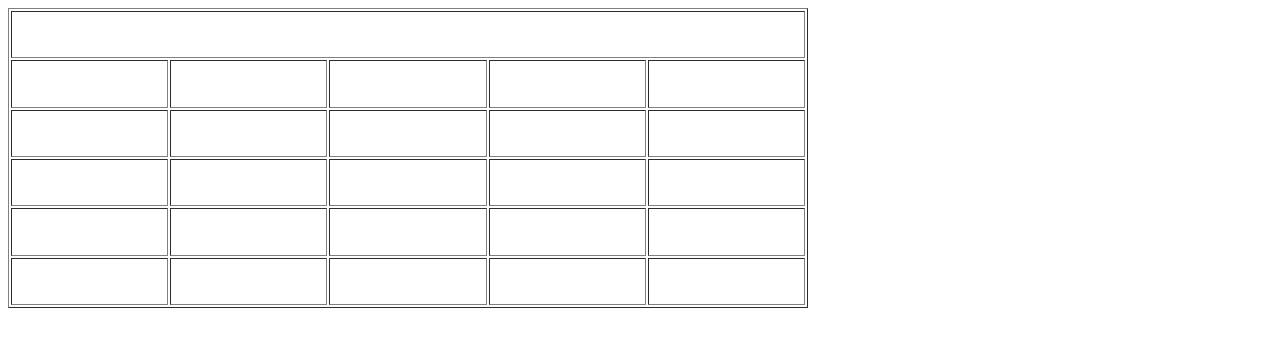
Repository: nijooymik/smartfactory
Page: jsp/t0718/src/main/webapp/html/img/tableex.html
An editor plug-in stored every save of this project. The page is shown before and after the next save, followed by the edit.
The browser window is 1280 px wide. The pictures show the whole page.

Above is the page before, as saved 2022-07-18 04:51:07.

### jsp/t0718/src/main/webapp/html/img/tableex.html
<!DOCTYPE html>
<html>
<head>
<meta charset="EUC-KR">
<title>Insert title here</title>
</head>
<body>
	<table border=1 width="800" height="300">
	<tr>
		<td colspan=5></td>
	</tr>
	<tr width="20">
		<td></td>
		<td></td>
		<td></td>
		<td></td>
		<td></td>
	</tr>
	<tr>
		<td></td>
		<td></td>
		<td></td>
		<td></td>
		<td></td>
	</tr>
	<tr>
		<td></td>
		<td></td>
		<td></td>
		<td></td>
		<td></td>
	</tr>
	<tr>
		<td></td>
		<td></td>
		<td></td>
		<td></td>
		<td></td>
	</tr>
	<tr>
		<td></td>
		<td></td>
		<td></td>
		<td></td>
		<td></td>
	</tr>
	</table>
</body>
</html>

After the next save:
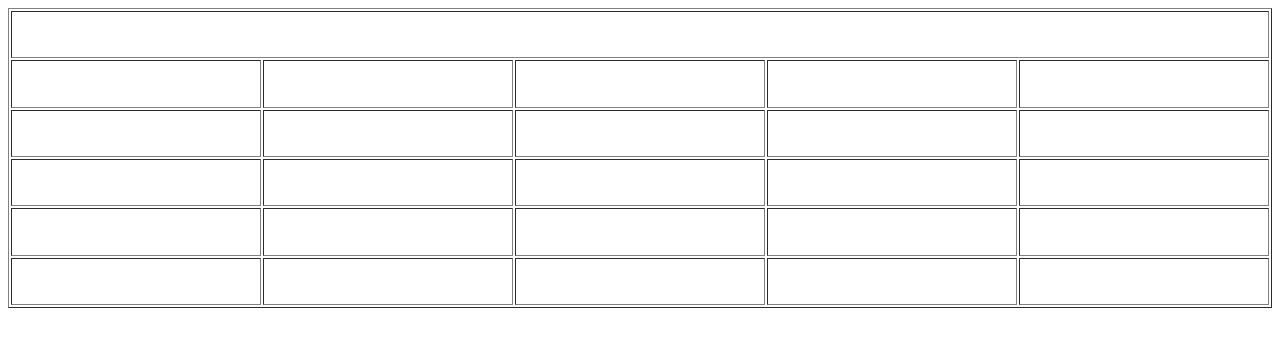
Saved 67 s later.
--- a/jsp/t0718/src/main/webapp/html/img/tableex.html
+++ b/jsp/t0718/src/main/webapp/html/img/tableex.html
@@ -5,7 +5,7 @@
 <title>Insert title here</title>
 </head>
 <body>
-	<table border=1 width="800" height="300">
+	<table border=1 width=100% height="300">
 	<tr>
 		<td colspan=5></td>
 	</tr>
